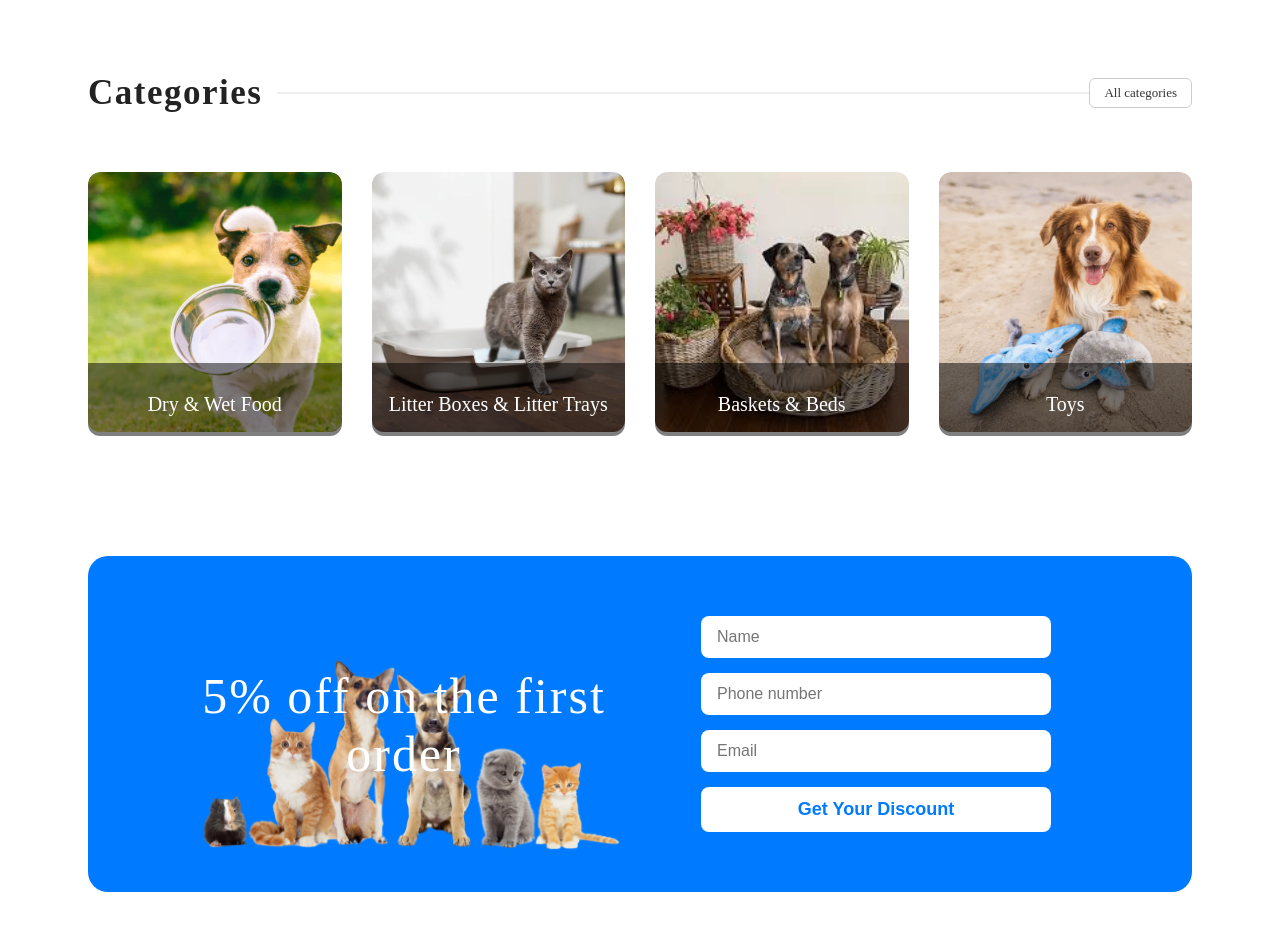
Repository: JuliiaJuliia/pet-shop-frontend
Page: / (app in pet-shop-frontend/)
An editor plug-in stored every save of this project. The page is shown before and after the next save, followed by the edit.
The browser window is 1280 px wide. The pictures show the part of the page from y = 611 to 1563 px (the page is 1563 px tall).
The project was rebuilt for these pictures with package versions that can differ from the ones it lists, and the page was loaded fresh each time. Also part of the build but not shown: pet-shop-frontend/vite.config.js, pet-shop-frontend/src/pages/CheckoutPage.jsx, pet-shop-frontend/src/api/axios.js, pet-shop-frontend/src/components/ProductList.jsx.

Above is the page before, as saved 2025-11-06 14:45:27.

### pet-shop-frontend/index.html
<!doctype html>
<html lang="en">
  <head>
    <meta charset="UTF-8" />
    <link rel="icon" type="image/svg+xml" href="/vite.svg" />
    <meta name="viewport" content="width=device-width, initial-scale=1.0" />
    <title>pet-shop-frontend</title>
  </head>
  <body>
    <div id="root"></div>
    <script type="module" src="/src/main.jsx"></script>
  </body>
</html>

### pet-shop-frontend/src/main.jsx
import HomePage from "./pages/HomePage";
import CheckoutPage from "./pages/CheckoutPage";
import React from "react";
import ReactDOM from "react-dom/client";
import { BrowserRouter, Routes, Route } from "react-router-dom";
import Header from "./components/Header/Header.jsx";
import ProductList from "./components/ProductList";

function Categories() {
  return <h2 style={{ textAlign: "center" }}>Categories Page</h2>;
}

function Sales() {
  return <h2 style={{ textAlign: "center" }}>Sales Page</h2>;
}

function Cart() {
  return <h2 style={{ textAlign: "center" }}>Your Cart is empty</h2>;
}

ReactDOM.createRoot(document.getElementById("root")).render(
  <BrowserRouter>
    <Header />
    <Routes>
      <Route path="/" element={<HomePage />} />
      <Route path="/categories" element={<Categories />} />
      <Route path="/products" element={<ProductList />} />
      <Route path="/sales" element={<Sales />} />
      <Route path="/cart" element={<Cart />} />
    </Routes>
  </BrowserRouter>
);

### pet-shop-frontend/src/pages/HomePage.jsx
import React from "react";
import MainBanner from "../components/MainBanner";
import Categories from "../components/Categories";
import DiscountBanner from "../components/DiscountBanner"; // 👈 ось цей рядок

const HomePage = () => {
  return (
    <div>
      <MainBanner />
      <Categories />
      <DiscountBanner />   {/* 👈 він має бути тут */}
    </div>
  );
};

export default HomePage;

### pet-shop-frontend/src/components/Header/Header.jsx
import React from "react";
import { Link } from "react-router-dom";
import "./Header.css";

const Header = () => {
  return (
    <header className="header">
      <div className="header__logo">
        <Link to="/">PetShop 🐾</Link>
      </div>
      <nav className="header__nav">
        <Link to="/">Main Page</Link>
        <Link to="/categories">Categories</Link>
        <Link to="/products">All products</Link>
        <Link to="/sales">All sales</Link>
      </nav>
      <div className="header__cart">
        <Link to="/cart">
        <img src="/icon.svg" alt="Cart" className="header__cart-icon" />
        </Link>
</div>
    </header>
  );
};

export default Header;

### pet-shop-frontend/src/components/MainBanner.jsx
import React from "react";
import { Link } from "react-router-dom";
import "./MainBanner.css";

const MainBanner = () => {
  return (
    <section className="main-banner">
      <div className="main-banner__overlay">
        <div className="main-banner__content">
        <h1>Amazing Discounts <br /> on Pets Products!</h1>
        <Link to="/checkout" className="banner-btn">Check out</Link>
        </div>
      </div>
    </section>
  );
};

export default MainBanner;

### pet-shop-frontend/src/components/Categories.jsx
import React from "react";
import { Link } from "react-router-dom";
import "./Categories.css";

const categories = [
  { id: 1, name: "Dry & Wet Food", image: "/Dog.jpg" },
  { id: 2, name: "Litter Boxes & Litter Trays", image: "/Cat.jpg" },
  { id: 3, name: "Baskets & Beds", image: "/Dogs.jpg" },
  { id: 4, name: "Toys", image: "/Dog and Fish.jpg" },
];

const Categories = () => {
  return (
    <section className="categories">
      <div className="categories__header">
        <h2>Categories</h2>
        <div className="categories__line"></div>

        <Link to="/products" className="all-categories-btn">
          All categories
        </Link>
      </div>

      <div className="categories__grid">
        {categories.map((category) => (
          <div key={category.id} className="category-card">
            <img src={category.image} alt={category.name} />
            <div className="category-card__overlay">
              <p>{category.name}</p>
            </div>
          </div>
        ))}
      </div>
    </section>
  );
};

export default Categories;

### pet-shop-frontend/src/components/DiscountBanner.jsx
import React from "react";
import "./DiscountBanner.css";

const DiscountBanner = () => {
  return (
    <section className="discount-banner">
      <div className="discount-banner__content">
        <div className="discount-banner__left">
          <h2>5% off on the first order</h2>
          <img src="/Pets.jpg" alt="pets" className="discount-banner__image" />
        </div>

        <div className="discount-banner__form">
          <form>
            <input type="text" placeholder="Name" required />
            <input type="phone" placeholder="Phone number" required />
            <input type="email" placeholder="Email" required />
            <button type="submit">Get Your Discount</button>
          </form>
        </div>
      </div>
    </section>
  );
};

export default DiscountBanner;

### pet-shop-frontend/src/components/Header/Header.css
.header {
    display: flex;
    align-items: center;
    justify-content: space-between;
    padding: 20px 60px;
    background-color: #fff;
    box-shadow: 0 2px 5px rgba(0, 0, 0, 0.05);
    position: sticky;
    top: 0;
    z-index: 10;
  }

  .header__logo a {
    font-size: 40px;
    font-weight: 400;
    color: #3d3c3c;
    text-decoration: none;
    display: flex;
    align-items: center;
    gap: 10px;
  }

  .header__nav {
    display: flex;
    gap: 30px;
  }

  .header__nav a {
    font-size: 20px;
    text-decoration: none;
    color: #38383a;
    font-weight: 550;
    transition: 0.3s;
    cursor: url("data:[embedded picture, 129 characters]"), auto;
  }

  .header__nav a:hover {
    color: #24973bf3;
  }

  .cart-icon {
    font-size: 20px;
    text-decoration: none;
  }

  .header__cart-icon {
    width: 30px;
    height: 30px;
    object-fit: contain;
    transition: transform 0.3s ease;
    cursor: url("data:[embedded picture, 129 characters]"), auto;
  }

  .header__cart-icon:hover {
    transform: rotate(10deg) scale(1.15);
  }

### pet-shop-frontend/src/components/MainBanner.css
.main-banner {
  position: relative;
  width: 100%;
  height: 500px;
  background: url("/banner-dog.jpg") center/cover no-repeat;
  display: flex;
  align-items: center;
  justify-content: center;
  border-radius: 10px;
  overflow: hidden;
  margin-bottom: 60px;
}

/* Полупрозрачный шар поверх картинки */
.main-banner__overlay {
  background: rgba(0, 0, 0, 0.35);
  width: 100%;
  height: 100%;
  display: flex;
  align-items: center;
  justify-content: center;
}

/* Текст и кнопка */
.main-banner__content {
  text-align: left;
  color: #fff;
  max-width: 800px;
  padding: 0 40px;
  line-height: 1.1;
  white-space: normal;
  word-break: break-word;
}

.main-banner__content h1 {
  font-size: 54px;
  font-weight: 700;
  line-height: 1.2;
  margin-bottom: 40px;
}


.main-banner__button {
  background-color: #53b955df;
  color: rgb(255, 255, 255);
  border: none;
  border-radius: 6px;
  font-size: 18px;
  padding: 14px 30px;
  cursor: pointer;
  transition: all 0.3s ease;
  cursor: url("data:[embedded picture, 129 characters]"), auto;
}

.main-banner__button:hover {
  background-color: #24973b91;
  ;
  transform: scale(1.05);
}

.banner-btn {
  display: inline-block;
  background-color: #53b955df;
  color: white;
  border: none;
  border-radius: 6px;
  font-size: 18px;
  padding: 14px 30px;
  text-decoration: none;
  text-align: center;
  cursor: pointer;
  transition: all 0.3s ease;
}

.banner-btn:hover {
  background-color: #24973b91;
  transform: scale(1.05);
}

### pet-shop-frontend/src/components/Categories.css
.categories {
    padding: 0px 80px 60px;
    background-color: #fff;
  }

  .categories__title {
    font-size: 36px;
    font-weight: 600;
    margin-bottom: 30px;
    color: #222;
  }

  .categories__grid {
    display: grid;
    grid-template-columns: repeat(auto-fit, minmax(220px, 1fr));
    gap: 30px;
    justify-items: center;
  }

  .category-card {
    position: relative;
    width: 100%;
    max-width: 260px;
    border-radius: 12px;
    overflow: hidden;
    cursor: url("data:[embedded picture, 129 characters]"), auto;
    transition: transform 0.3s ease;
  }

  .category-card img {
    width: 100%;
    height: 260px;
    object-fit: cover;
    border-radius: 12px;
  }

  .category-card__overlay {
    position: absolute;
    display: flex;
    justify-content: center;
    align-items: center;
    text-align: center;
    bottom: 0;
    left: 0;
    right: 0;
    background: rgba(0, 0, 0, 0.5);
    color: #fff;
    font-size: 20px;
    font-weight: 500;
    padding-top: 10px;
    transition: background 0.3s ease;
  }

  .category-card:hover {
    transform: scale(1.05);
  }

  .category-card:hover .category-card__overlay {
    background: rgba(0, 0, 0, 0.7);
  }

  .categories__header {
    display: flex;
    align-items: center;
    justify-content: space-between;
    position: relative;
    margin-bottom: 30px;
  }

  .categories__header h2 {
    font-size: 35px;
    font-weight: 700;
    color: #222;
    letter-spacing: 1.5px;
    background-color: #fff;
    padding-right: 15px;
    z-index: 1;
  }

  .categories__line {
    position: absolute;
    left: 0;
    right: 0;
    height: 1px;
    background-color: #ddd;
    top: 50%;
    transform: translateY(-50%);
    z-index: 0;
  }

  .all-categories-btn {
    display: inline-flex;
    align-items: center;
    justify-content: center;
    background-color: #fff;
    border: 1px solid #ccc;
    border-radius: 6px;
    padding: 6px 14px;
    font-size: 13px;
    font-weight: 500;
    color: #333;
    text-decoration: none;
    outline: none;
    cursor: pointer;
    z-index: 1;
    transition: all 0.3s ease;
  }

  .all-categories-btn:hover {
    background-color: #53b955cd;
    color: #fff;
    border-color: #24973b91;
    transform: scale(1.05);
    cursor: url("/paw-cursor.png"), auto;
    cursor: url("data:[embedded picture, 129 characters]"), auto;
  }

### pet-shop-frontend/src/components/DiscountBanner.css
.discount-banner {
    background-color: #007bff;
    color: #fff;
    border-radius: 20px;
    margin: 60px 80px;
    padding: 60px 80px;
    position: relative;
    overflow: hidden;
    display: flex;
    justify-content: center;
    align-items: center;
  }

  /* 🔹 Контейнер із текстом + формою */
  .discount-banner__content {
    display: flex;
    justify-content: space-between;
    align-items: center;
    width: 100%;
  }

  /* 🔹 Ліва частина (заголовок + фото) */
  .discount-banner__left {
    flex: 1;
    position: relative;
    display: flex;
    flex-direction: column;
    align-items: center;
    justify-content: center;
  }

  /* 🔹 Заголовок тепер зверху по центру */
  .discount-banner__left h2 {
    font-size: 50px;
    font-weight: 500;
    letter-spacing: 2px;
    text-align: center;
    margin-bottom: 40px;
    position: relative;
    z-index: 2;
  }

  /* 🔹 Фото тварин — знизу */
  .discount-banner__image {
    width: 100%;
    max-width: 500px;
    object-fit: contain;
    position: absolute;
    left: 50%;
    transform: translateX(-50%);
    z-index: 1;
  }

  /* 🔹 Форма — справа, посередині вертикально */
  .discount-banner__form {
    flex: 1;
    display: flex;
    justify-content: center;
    align-items: center; /* центр вертикалі */
    z-index: 3;
  }

  .discount-banner__form form {
    background: transparent;
    display: flex;
    flex-direction: column;
    gap: 15px;
    width: 100%;
    max-width: 350px;
  }

  .discount-banner__form input {
    padding: 12px 16px;
    border-radius: 8px;
    border: none;
    font-size: 16px;
    outline: none;
  }

  .discount-banner__form button {
    background-color: #fff;
    color: #007bff;
    border: none;
    border-radius: 8px;
    padding: 12px 20px;
    font-size: 18px;
    font-weight: 600;
    cursor: pointer;
    transition: 0.3s;
  }

  .discount-banner__form button:hover {
    background-color: #f0f0f0;
    transform: scale(1.05);
    cursor: url("data:[embedded picture, 129 characters]"), auto;
  }

After the next save:
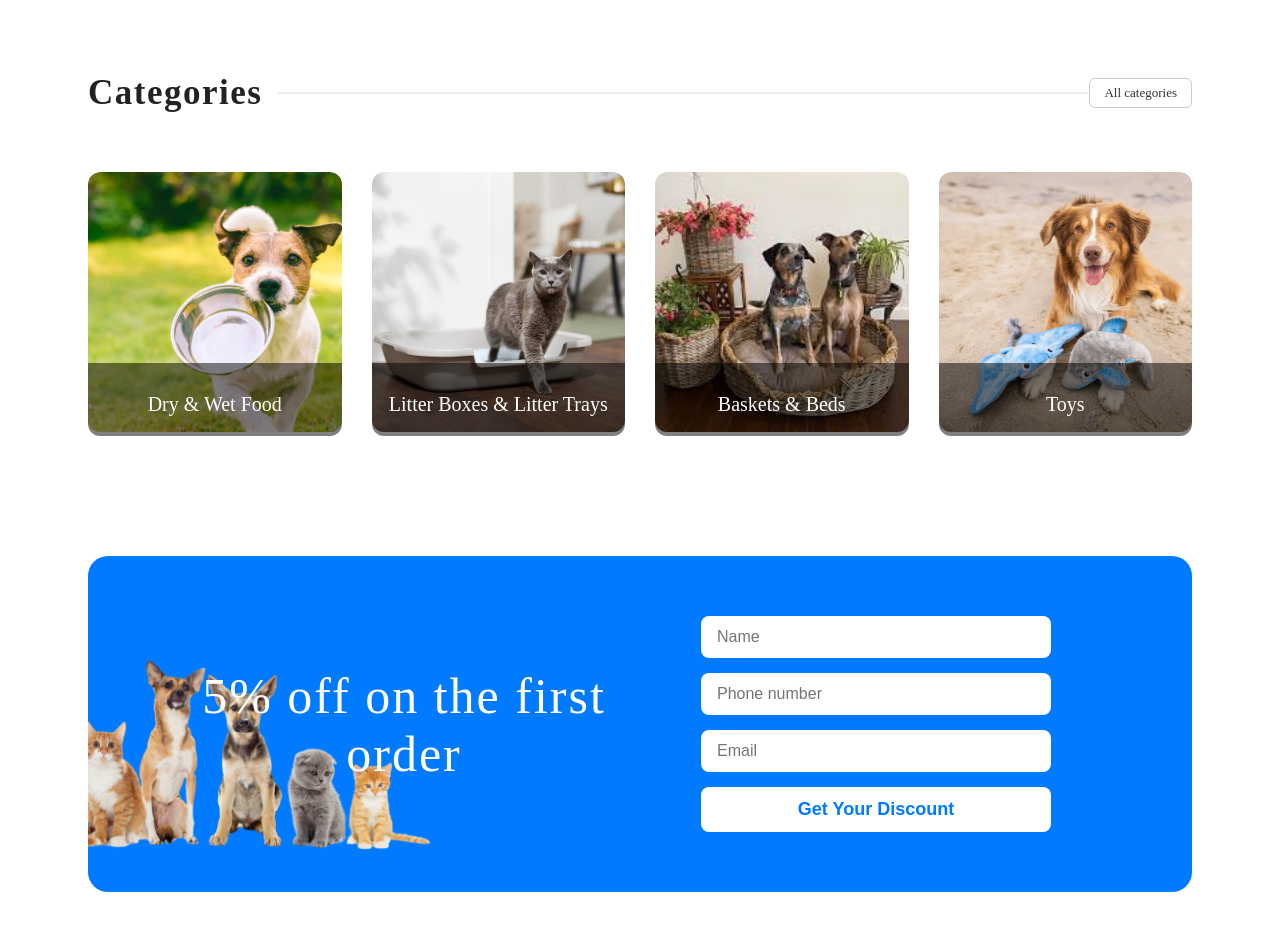
Saved 6 s later.
--- a/pet-shop-frontend/src/components/DiscountBanner.css
+++ b/pet-shop-frontend/src/components/DiscountBanner.css
@@ -46,7 +46,7 @@
     max-width: 500px;
     object-fit: contain;
     position: absolute;
-    left: 50%;
+    left: 10%;
     transform: translateX(-50%);
     z-index: 1;
   }

After the save that followed:
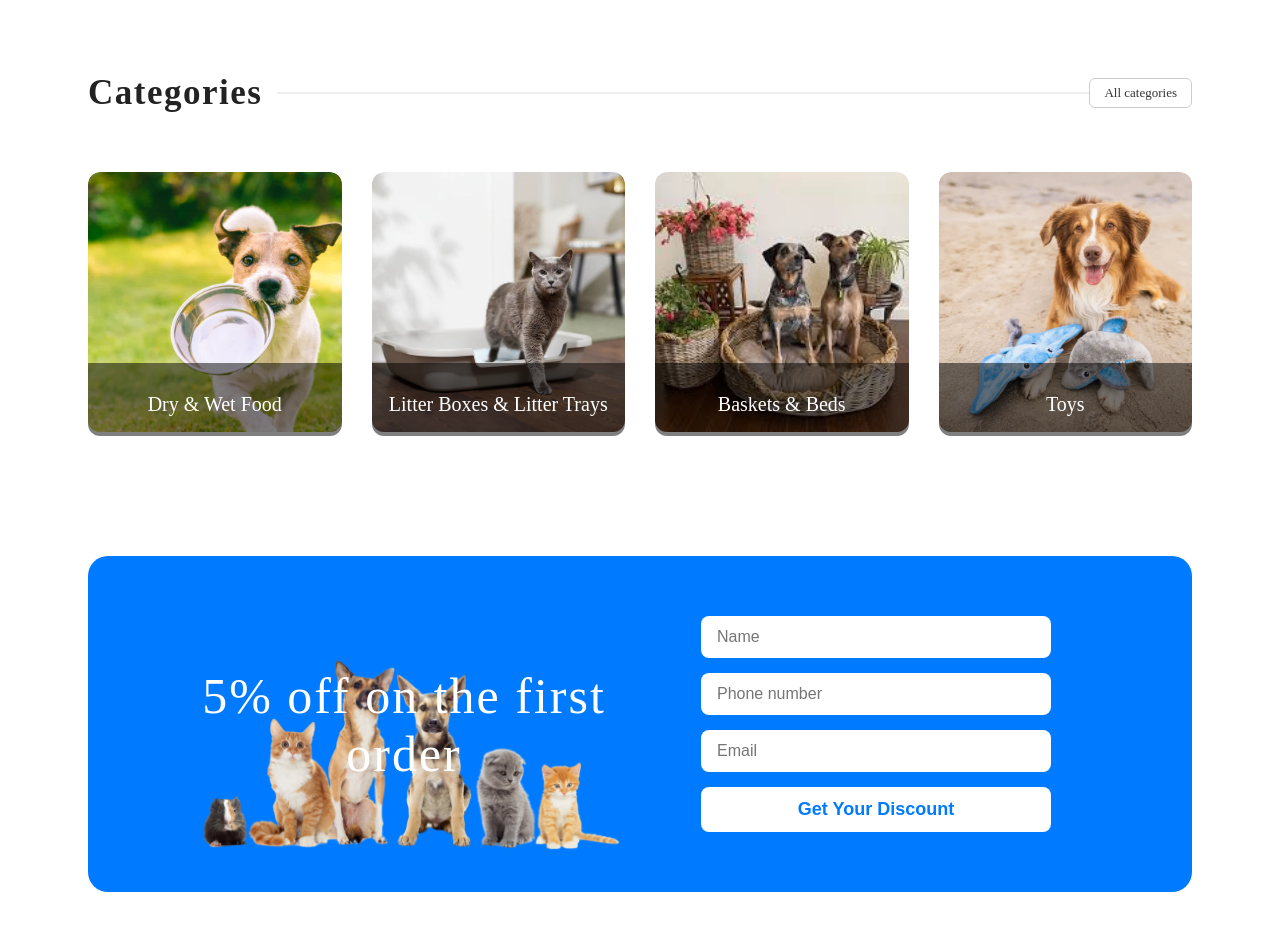
Saved 4 s later.
--- a/pet-shop-frontend/src/components/DiscountBanner.css
+++ b/pet-shop-frontend/src/components/DiscountBanner.css
@@ -46,7 +46,7 @@
     max-width: 500px;
     object-fit: contain;
     position: absolute;
-    left: 10%;
+    left: 50%;
     transform: translateX(-50%);
     z-index: 1;
   }
